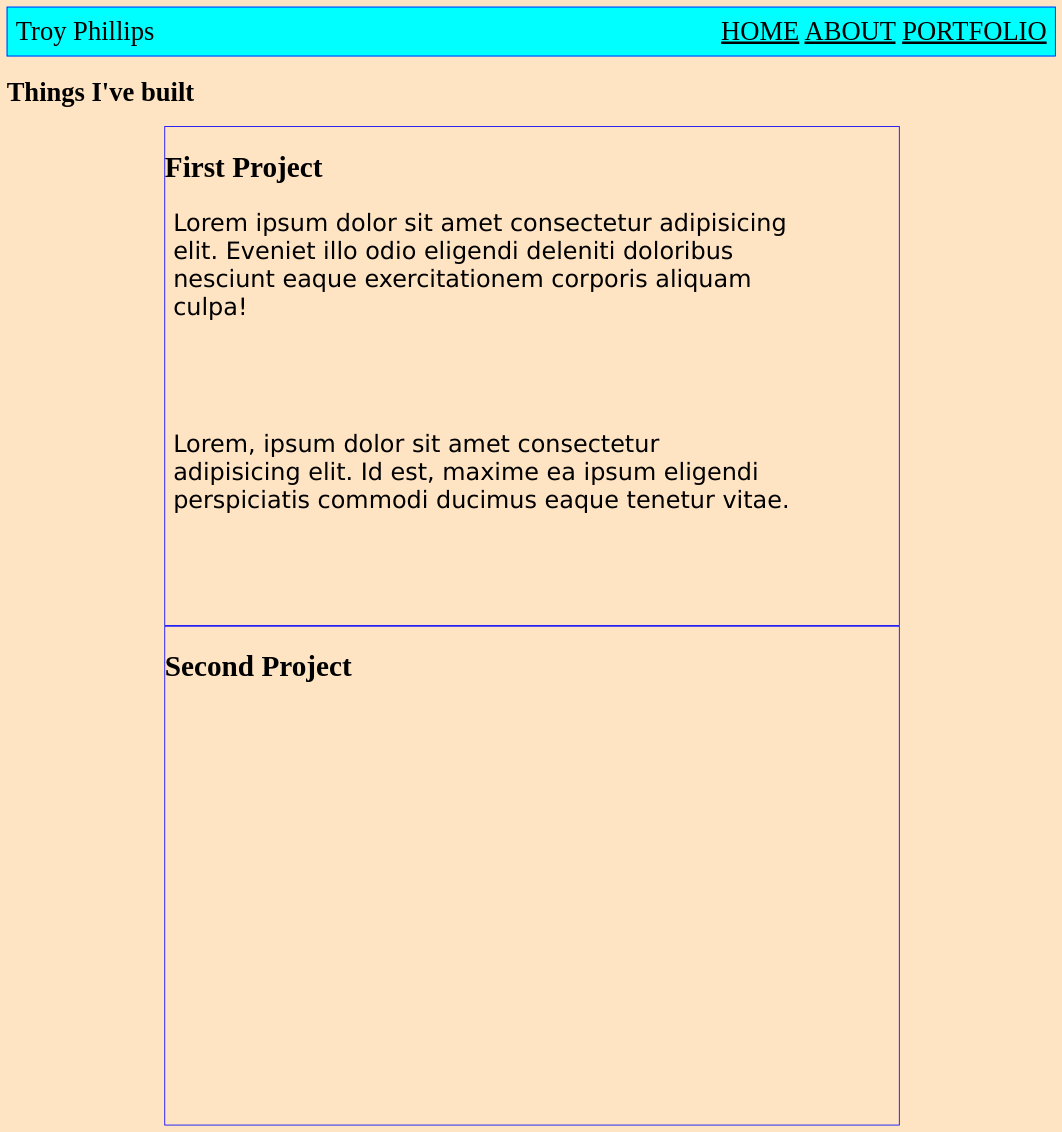
Repository: TheTroyPhillips/Personal-website
Page: portfolio.html
The author's editor kept a copy of each file at every save. The page is drawn from the files as they stood at one save, then again after the next save.
The browser window is 1280 px wide. The pictures show the whole page, at 83% of full size.

Above is the page before, as saved 2023-09-10 22:39:08.

After the next save:
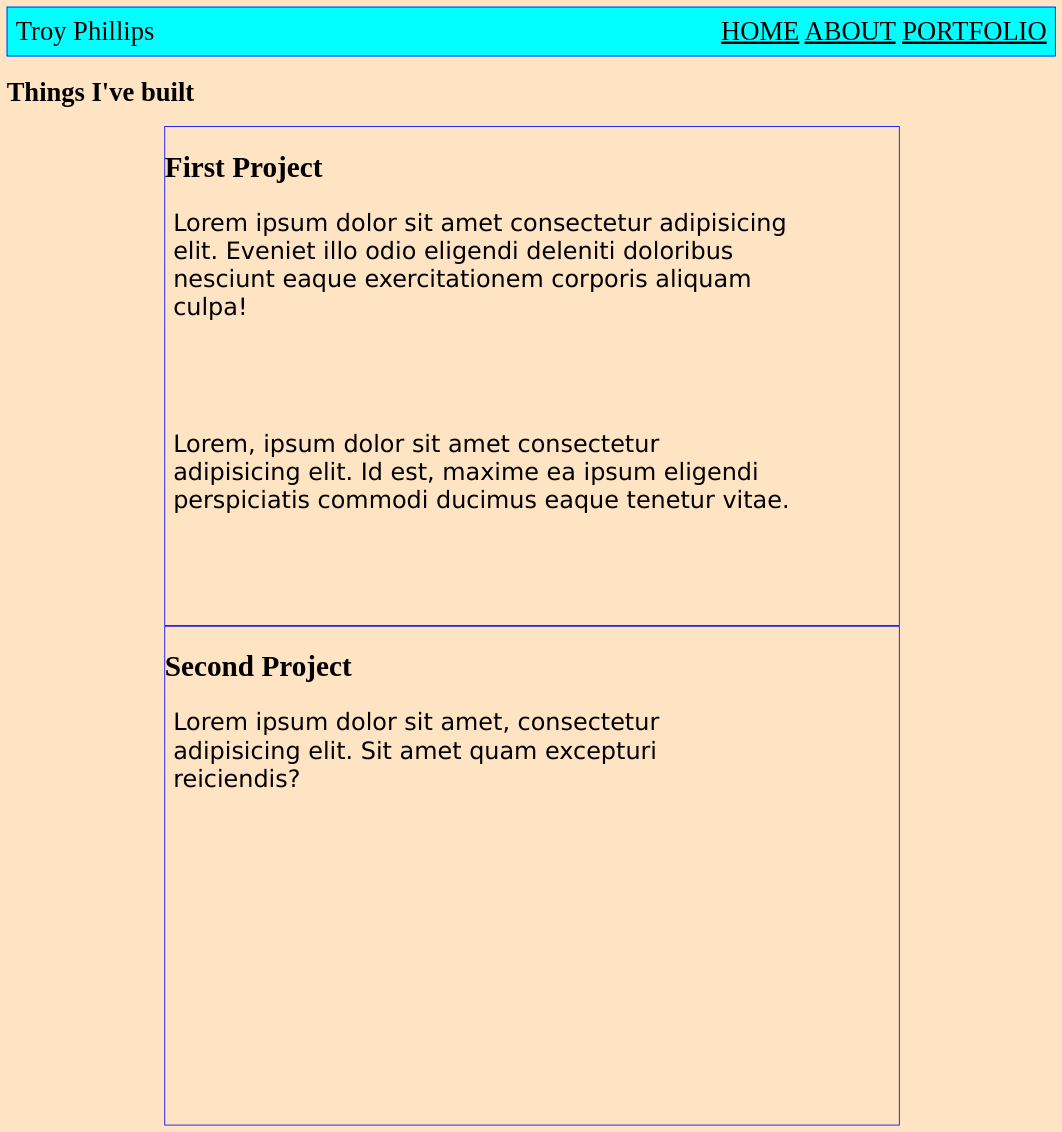
Saved 4 s later.
--- a/portfolio.html
+++ b/portfolio.html
@@ -26,5 +26,5 @@
         </div>
         <div class="childc">
             <h2 class="two">Second Project</h2>
-            <p class="extra"></p>
+            <p class="extra">Lorem ipsum dolor sit amet, consectetur adipisicing elit. Sit amet quam excepturi reiciendis?</p>
         </div>
